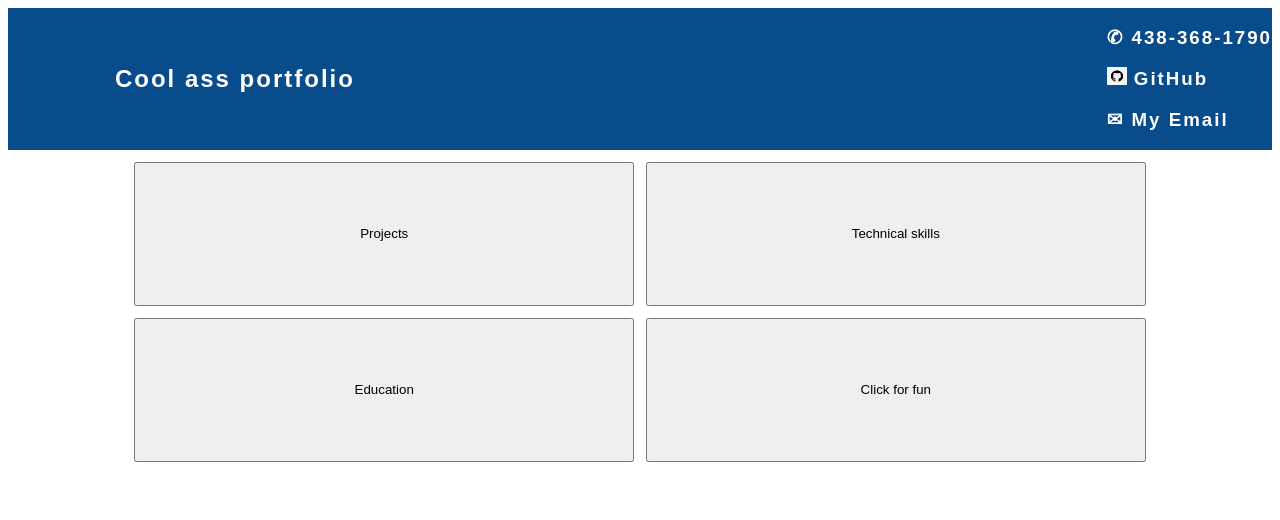
Repository: zackaroo20/zackaroo20
Page: index.html
An editor plug-in stored every save of this project. The page is shown before and after the next save, followed by the edit.
The browser window is 1280 px wide. The pictures show the whole page.

Above is the page before, as saved 2026-05-12 13:37:24.

### index.html
<!doctype html>
<html lang="en">
  <head>
    <meta charset="UTF-8" />
    <meta name="viewport" content="width=device-width, initial-scale=1.0" />
    <title>Document</title>
    <link rel="stylesheet" href="./styles/index.css" />
  </head>
  <header>
        <section id="cap">
            <h1 >Cool ass portfolio</h1>
        </section>
        <aside>
            <h3> ✆ 438-368-1790</h3>
            <h3><a href="https://github.com/zackaroo20"><img src="/assets/specs/GHicon.png  " alt="git hub logo"> GitHub</a></h3>
            <h3><a href="emailto:tomjerrysc@gmail.com"><p class = longemail>✉ My Email</p></a></h3>



        </aside>

    </header>
    <body>
      <section>
        <button><p>Projects</p></button>
        <button><p>Technical skills</p></button>
        <button><p>Education</p></button>
        <button><p>Click for fun</p></button>


      </section>




    </body>
  <body>
    <!-- TODO -->
  </body>
</html>

### styles/index.css
@page {
  size: A4;
  margin: 1cm;
}
@media screen and (min-width: 900px) {
 section,head {
 /* custom styles */
    min-width: 70%;
    max-width: 80%;
    margin: 0 auto;
 }
}

header {
  font-family: Arial, Helvetica, sans-serif;
  letter-spacing: 2px;
  background-color: #084c8b;
  color: white;
  display: flex;
  justify-content: space-between;
  align-items: center;
  margin-bottom: 12px;
}
#cap {
  display: flex;

  align-items: center;
  margin-left: 12px b;
}

section {
  display: grid;
  grid-template-columns: repeat(2, 1fr);
  gap: 12px;
}
img {
  background-color: transparent;

  width: 20px;
  height: 18px;
}
h3 a {
  text-decoration: none;
  color: inherit;
}
button {
  height: 20vh;
  width: 100%;
}

After the next save:
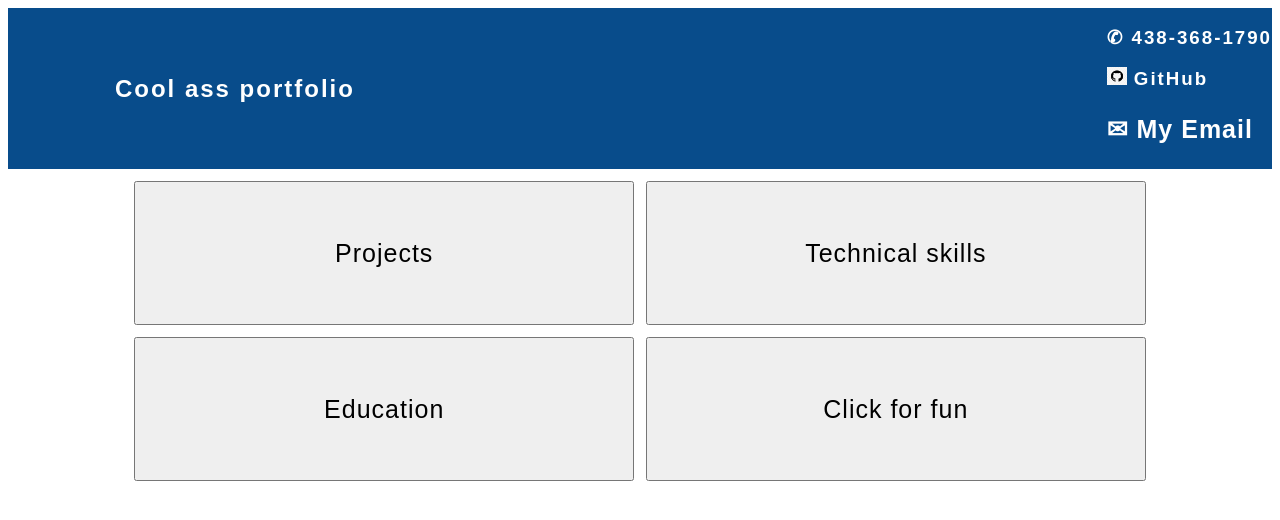
Saved 72 s later.
--- a/styles/index.css
+++ b/styles/index.css
@@ -27,6 +27,11 @@ header {
   align-items: center;
   margin-left: 12px b;
 }
+p {
+    font-family: Arial, Helvetica, sans-serif;
+    letter-spacing: 1px;
+    font-size: 25px;
+}
 
 section {
   display: grid;
